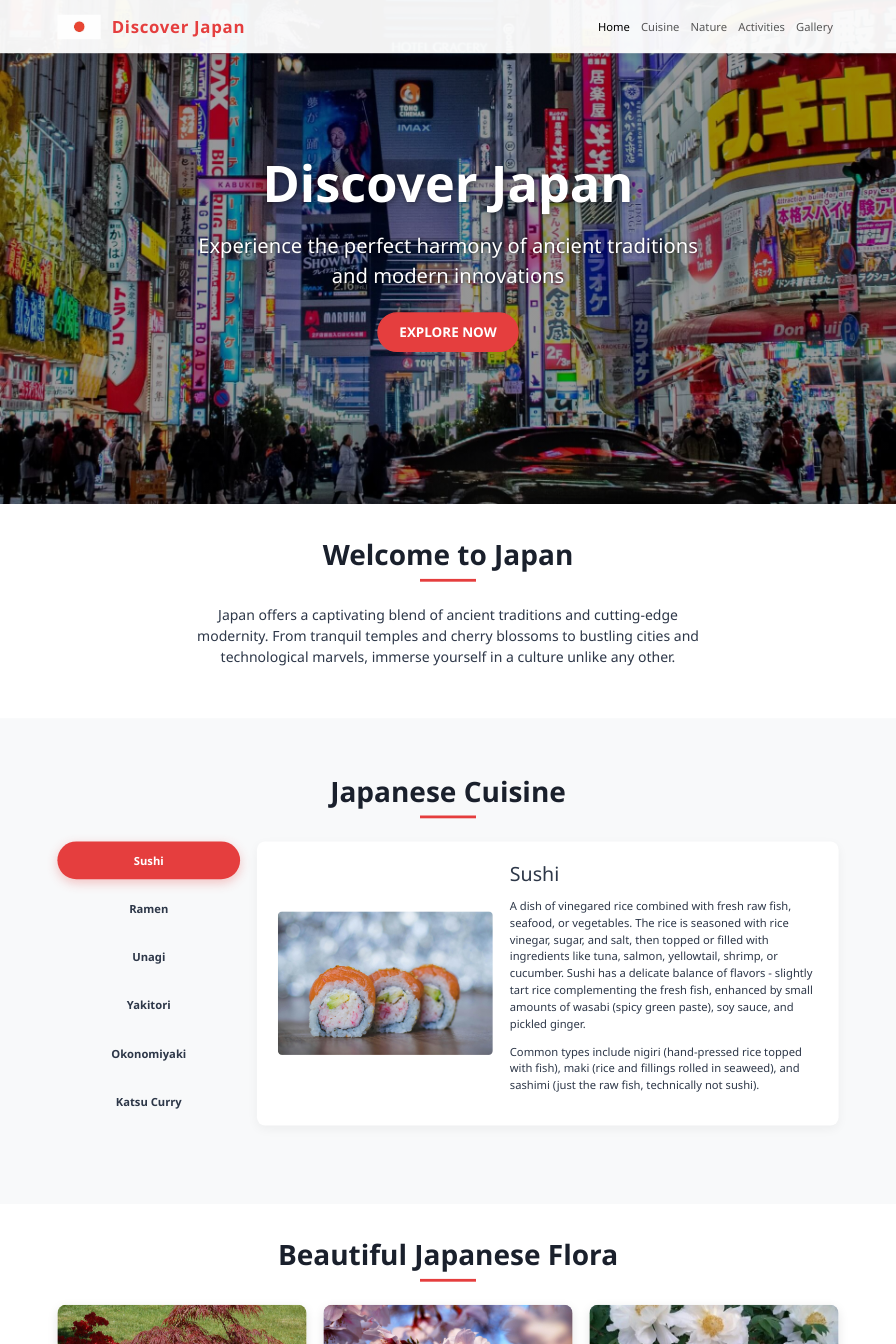
Repository: urielaracena/softwareDev
Page: project1/project1.html
An editor plug-in stored every save of this project. The page is shown before and after the next save, followed by the edit.
The browser window is 1280 px wide. The pictures show the part of the page from y = 0 to 1920 px (the page is 5087 px tall), at 70% of full size.
The pointer rests on the first visible `.hover-wrapper`.
Backgrounds fixed to the window are drawn as part of the page.

Above is the page before, as saved 2025-04-18 13:17:53.

After the next save:
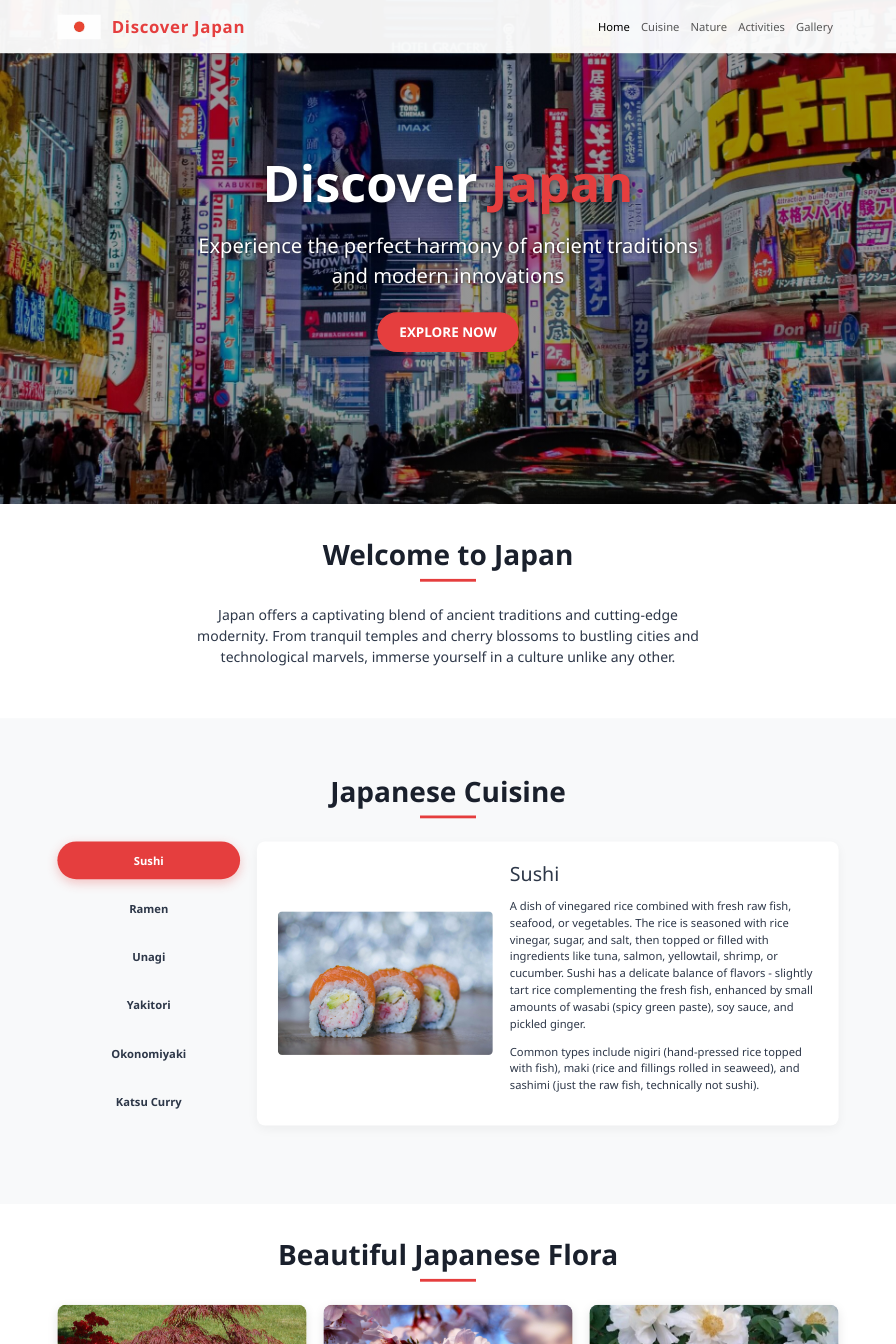
Saved 38 s later.
--- a/project1/project1style.css
+++ b/project1/project1style.css
@@ -89,7 +89,7 @@
     transition: color 0.3s ease;
   }
 
-  .hover-wrapper:hover ~ .highlight-word {
+  .hover-wrapper:hover .highlight-word {
     color: var(--primary);
   }
 
